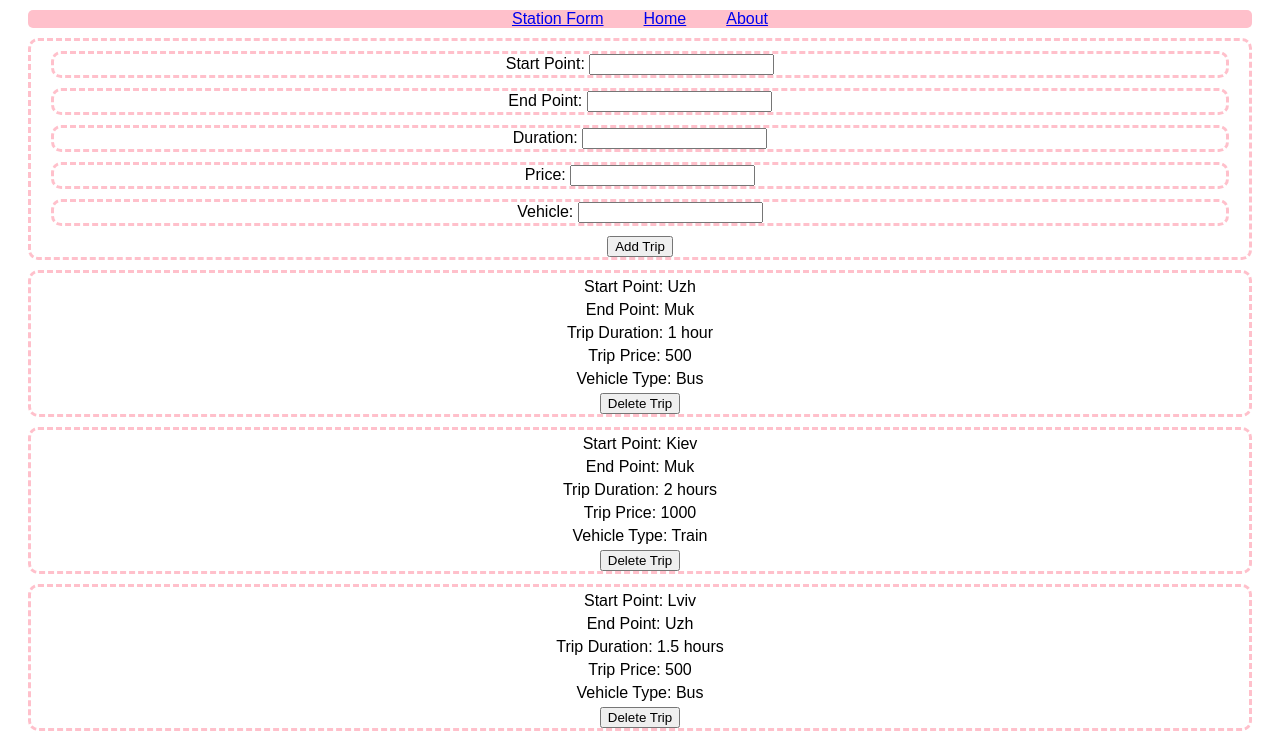
Repository: rutsguifd/mkr2
Page: /#/station-form
The author's editor kept a copy of each file at every save. The page is drawn from the files as they stood at one save, then again after the next save.
The browser window is 1280 px wide. The pictures show the whole page.
The project was rebuilt for these pictures with package versions that can differ from the ones it lists, and the page was loaded fresh each time. Also part of the build but not shown: src/views/Home.vue, src/views/About.vue.

Above is the page before, as saved 2021-12-21 21:01:24.

After the next save:
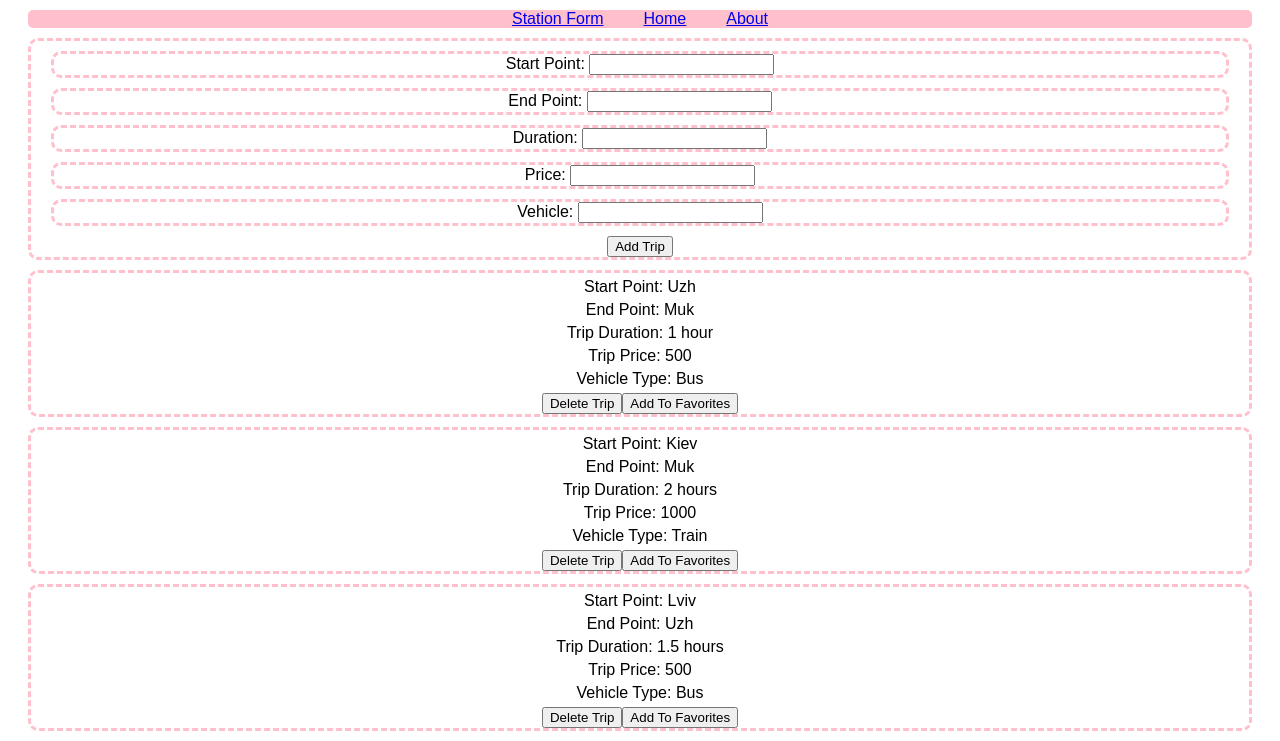
Saved 13 min 36 s later.
--- a/src/store/index.js
+++ b/src/store/index.js
@@ -27,7 +27,8 @@ export default createStore({
         tripPrice: "500",
         vehicle: "Bus"
       }
-    ]
+    ],
+    favoriteTrips: []
   },
   mutations: {
     addTrip(state, trip) {
@@ -41,6 +42,15 @@ export default createStore({
     },
     deleteTrip(state, ind) {
       state.tripInfo.splice(ind, 1)
+    },
+    addToFavorites(state, trip) {
+      state.favoriteTrips.push({
+        tripStart: trip.start,
+        tripEnd: trip.end,
+        tripDuration: trip.dur,
+        tripPrice: trip.price,
+        vehicle: trip.veh
+      })
     }
   },
   actions: {},
--- a/src/components/TripCard.vue
+++ b/src/components/TripCard.vue
@@ -7,6 +7,7 @@
       <div>Trip Price: {{ trip.tripPrice }}</div>
       <div>Vehicle Type: {{ trip.vehicle }}</div>
       <button @click="del(ind)">Delete Trip</button>
+      <button @click="favorite">Add To Favorites</button>
     </div>
   </div>
 </template>
@@ -18,8 +19,19 @@ export default {
   props: ["trip"],
   methods: {
     ...mapMutations(["deleteTrip"]),
+    ...mapMutations(["addToFavorites"]),
     del(ind) {
       this.deleteTrip(ind);
+    },
+    favorite() {
+      this.addToFavorites({
+        id: Date.now(),
+        start: this.tripStart,
+        end: this.tripEnd,
+        dur: this.tripDuration,
+        price: this.tripPrice,
+        veh: this.vehicle,
+      });
     },
   },
   computed: mapGetters(["AllTrips"]),
